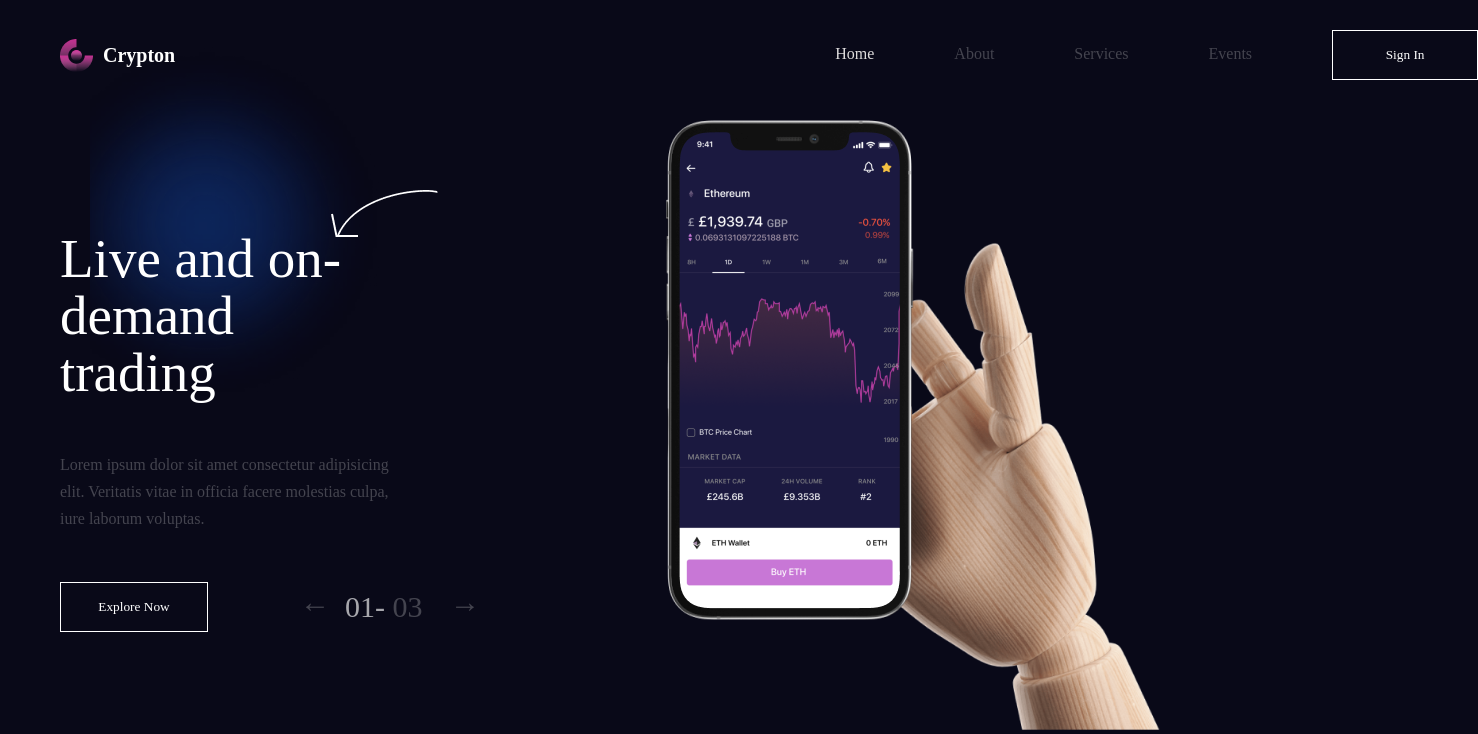
Repository: isaacCodes1/Crypton-Website
Page: index.html
The author's editor kept a copy of each file at every save. The page is drawn from the files as they stood at one save, then again after a run of saves.
The browser window is 1280 px wide. The page is 1478 px wide, so the pictures cover 1478 px, including what lies to the right of the window. The pictures show the whole page.

Above is the page before, as saved 2024-05-14 20:54:54.

After the next 3 saves:
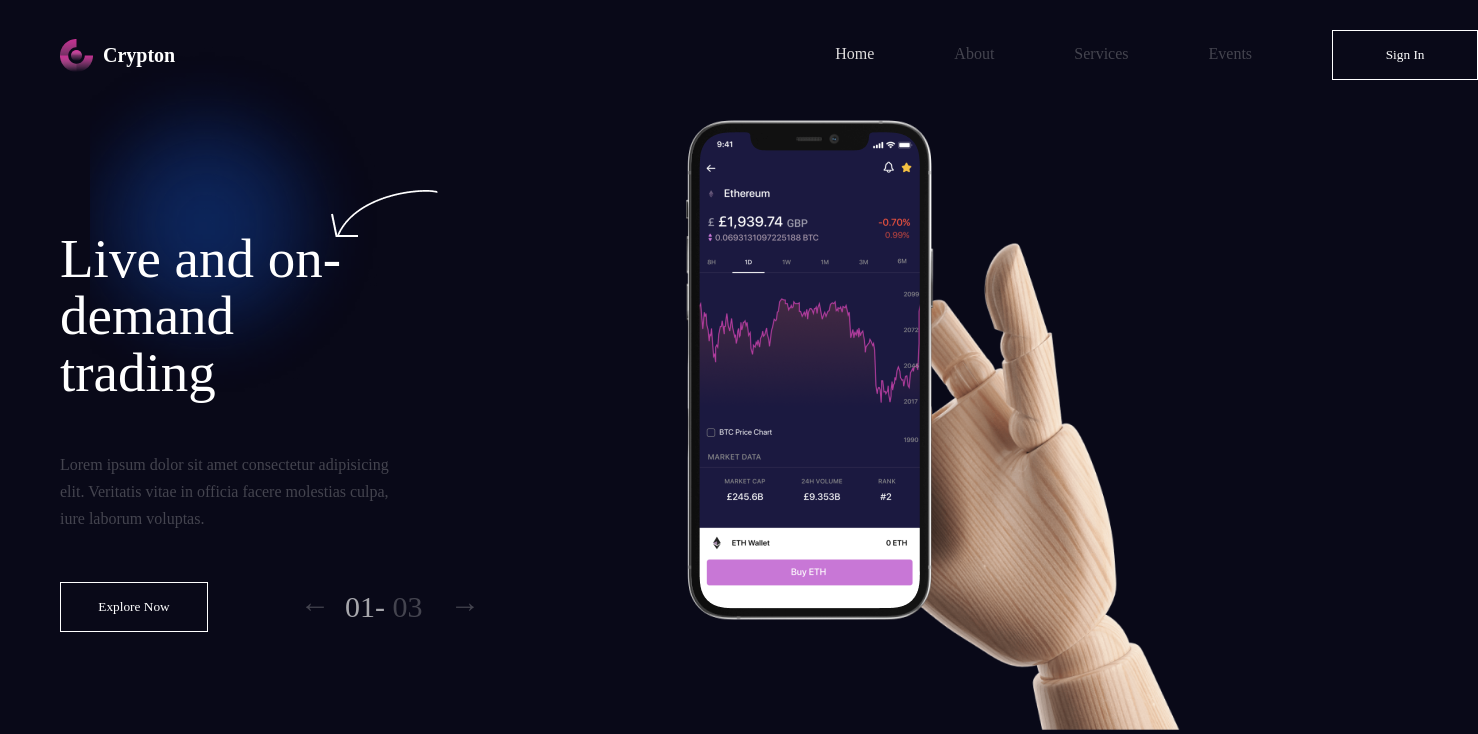
The 3 saves are shown as one change because they came seconds apart.
The last was saved 18 s later.
--- a/style.css
+++ b/style.css
@@ -135,7 +135,7 @@
     display: flex;
     position: absolute;
     top: 190px;
-    right: 120px;
+    right: 100px;
 }
 .hand{
     height: 75vh;

After the 2 saves that followed:
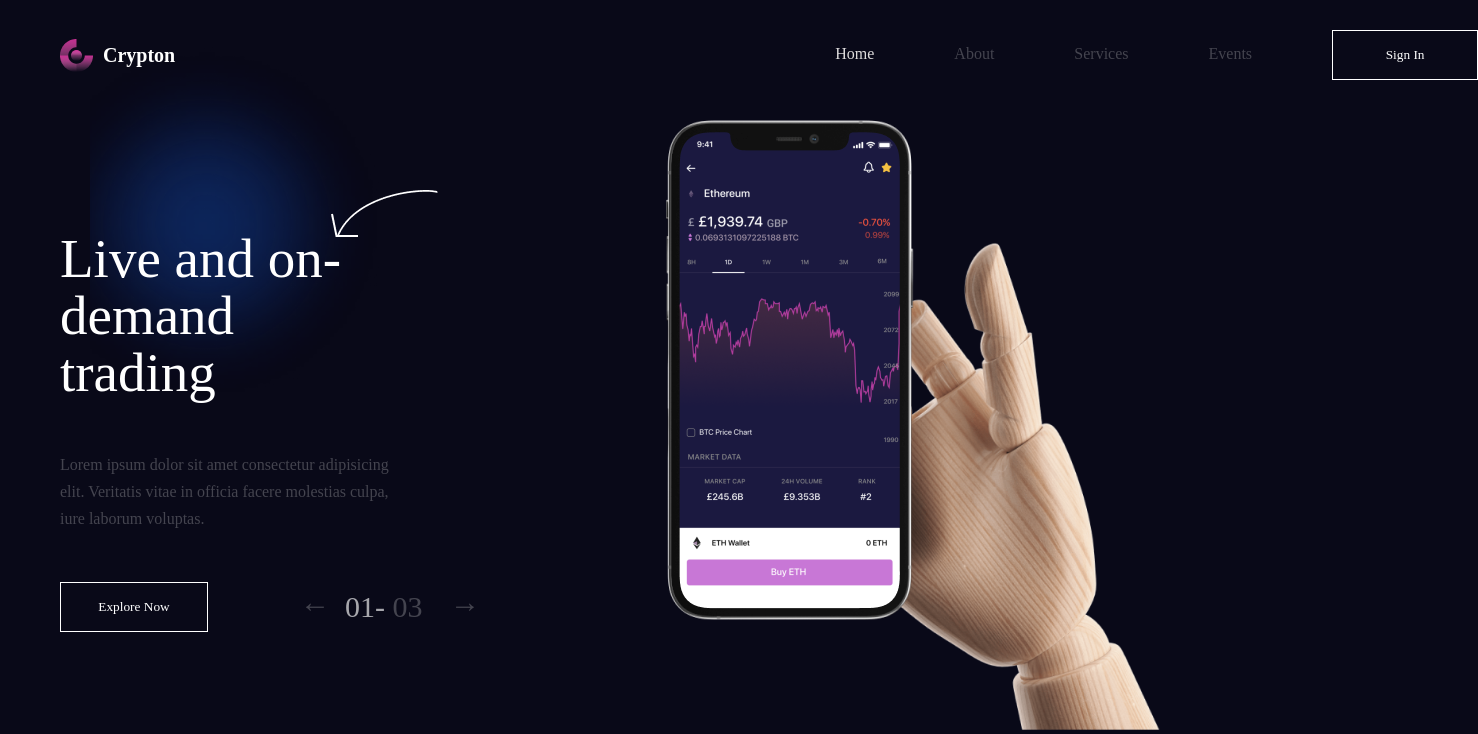
The 2 saves are shown as one change because they came seconds apart.
The last was saved 7 s later.
--- a/style.css
+++ b/style.css
@@ -135,7 +135,7 @@
     display: flex;
     position: absolute;
     top: 190px;
-    right: 100px;
+    right: 120px;
 }
 .hand{
     height: 75vh;
